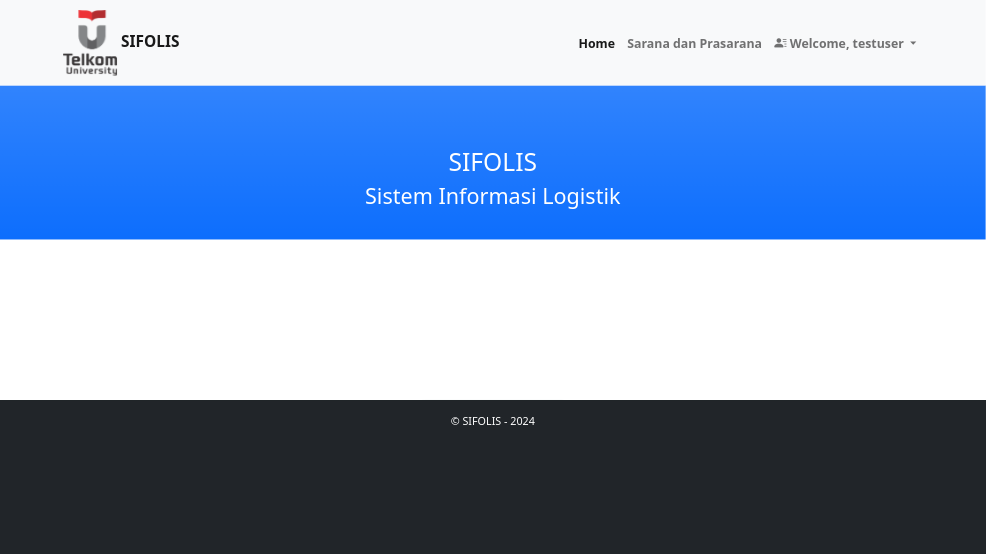
Repository: Audi87/uas_framework
Page: http://localhost/
These files come from the project's save history. The page is drawn as it stood at one moment and after a run of saves; the edit follows.
The browser window is 1280 px wide. The pictures show the whole page, at 77% of full size.
Some web libraries are served in a nearby version. The page is served by the project's Laravel application, run on PHP 8.4 with Laravel 10. A made-up administrator, Test User (test@example.com), is signed in.

Above is the page before, as saved 2024-06-13 21:03:20.

After the next 2 saves:
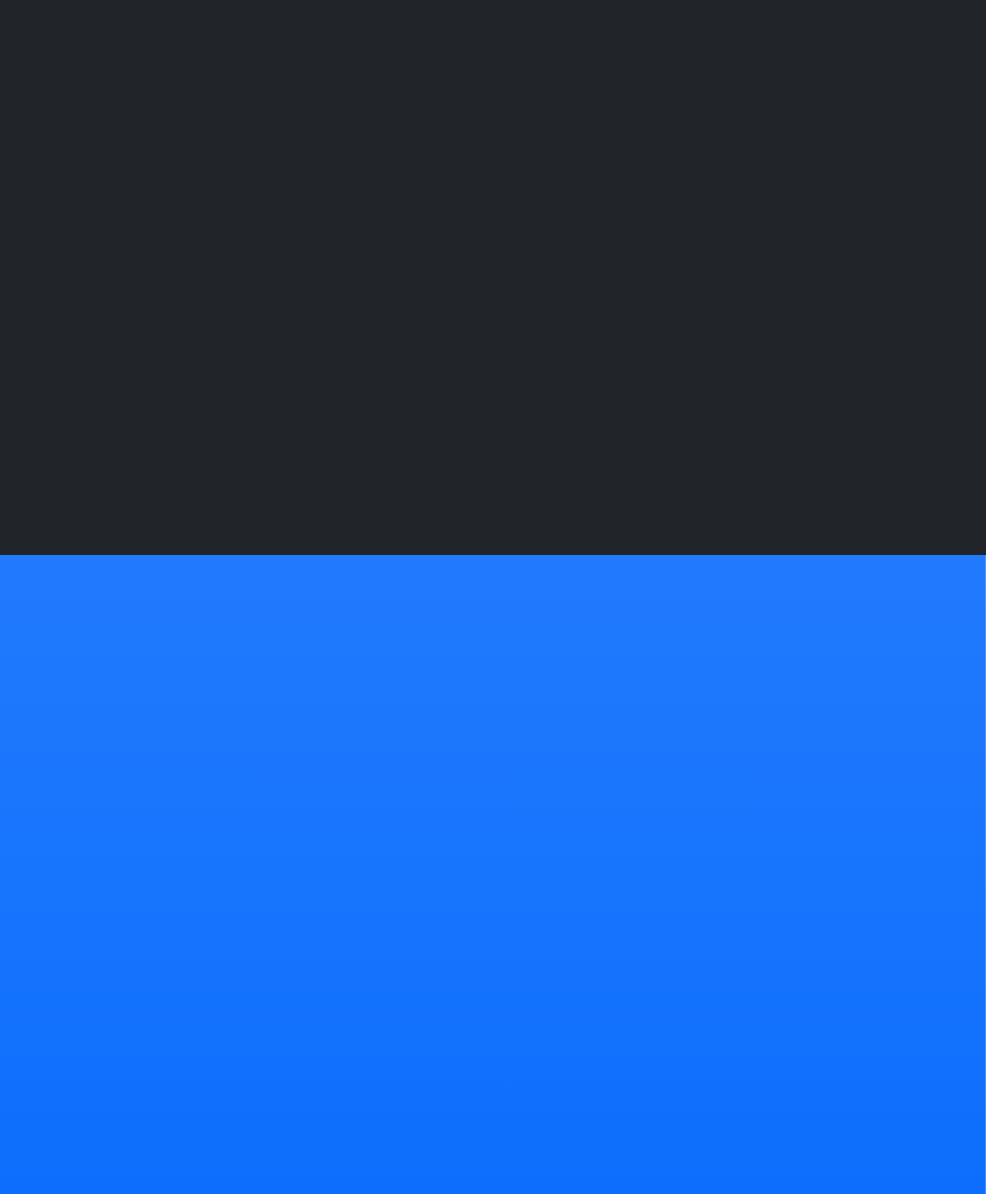
The 2 saves are shown as one change because they came seconds apart.
The last was saved 9 s later.
--- a/public/css/style.css
+++ b/public/css/style.css
@@ -8,7 +8,7 @@
 
 .container-fluid {
      /* Pastikan kontainer memiliki tinggi minimal 100% dari tinggi viewport */
-    height: 200px;
+    height: 200vh;
 }
 
 nav ul li {
